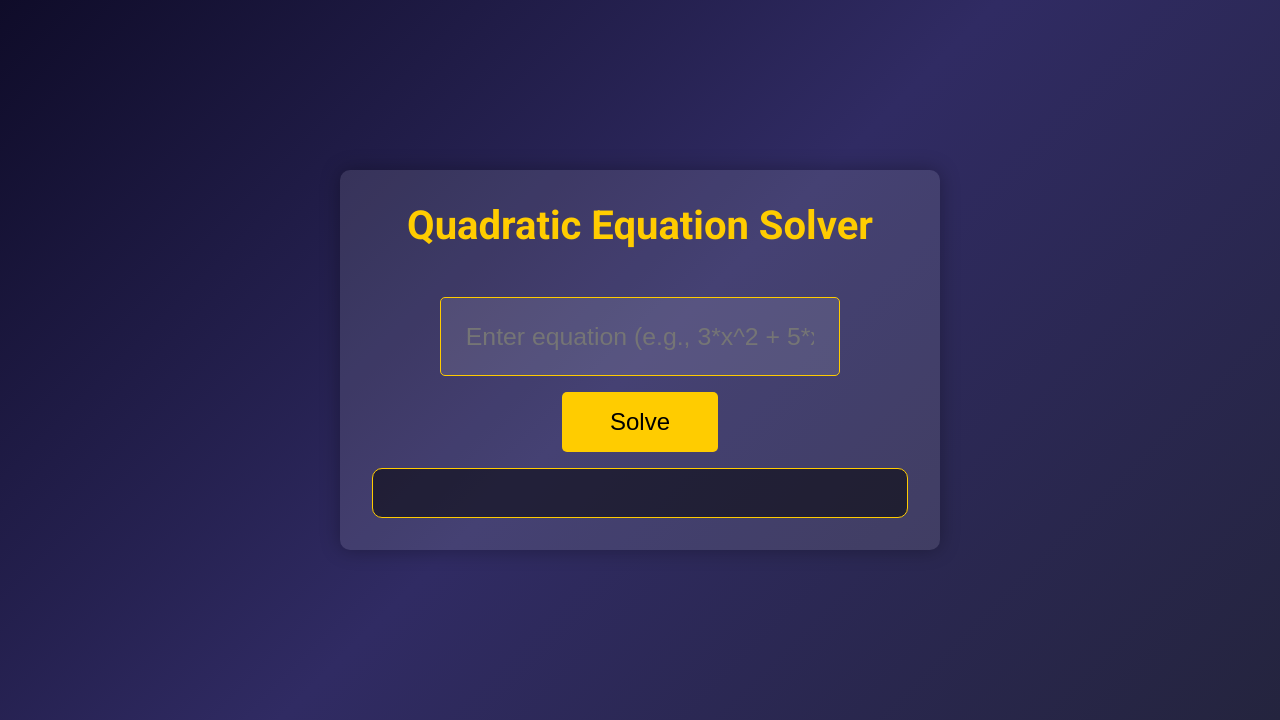
Repository: ngl-ankit/equation-solver
Page: index.html
An editor plug-in stored every save of this project. The page is shown before and after the next save, followed by the edit.
The browser window is 1280 px wide. The pictures show the whole page.

Above is the page before, as saved 2024-07-08 11:19:55.

### index.html
<!DOCTYPE html>
<html lang="en">
  <head>
    <meta charset="UTF-8" />
    <meta name="viewport" content="width=device-width, initial-scale=1.0" />
    <title>Quadratic Equation Solver</title>
    <link rel="stylesheet" href="styles.css" />
  </head>
  <body>
    <div class="container">
      <h1>Quadratic Equation Solver</h1>
      <div class="form-container">
        <form id="equation-form">
          <input
            type="text"
            id="equation-input"
            placeholder="Enter equation (e.g., 3*x^2 + 5*x - 2 = 0)"
            required
          />
          <button type="submit" class="solve-btn">Solve</button>
        </form>
      </div>
      <div id="results" class="results"></div>
    </div>
    <script src="script.js"></script>
  </body>
</html>

### styles.css
@import url("https://fonts.googleapis.com/css2?family=Roboto:wght@400;700&display=swap");

* {
  margin: 0;
  padding: 0;
  box-sizing: border-box;
}

body {
  display: flex;
  justify-content: center;
  align-items: center;
  height: 100vh;
  font-family: "Roboto", sans-serif;
  background: linear-gradient(135deg, #0f0c29, #302b63, #24243e);
  color: #fff;
}

.container {
  max-width: 600px;
  width: 90%;
  background: rgba(255, 255, 255, 0.1);
  padding: 2rem;
  border-radius: 10px;
  box-shadow: 0 0 20px rgba(0, 0, 0, 0.3);
  text-align: center;
}

h1 {
  font-size: 2.5rem;
  margin-bottom: 3rem;
  color: #ffcc00;
}

.form-container {
  margin-bottom: 0.2rem;
}

form {
  display: flex;
  flex-direction: column;
  align-items: center;
}

input[type="text"] {
  width: 100%;
  max-width: 400px;
  padding: 1.55rem;
  border: 1px solid #ffcc00;
  border-radius: 5px;
  background: rgba(255, 255, 255, 0.1);
  color: #fff;
  font-size: 1.55rem;
  margin-bottom: 1rem;
  transition: background-color 0.3s, border-color 0.3s;
}

input[type="text"]:hover,
input[type="text"]:focus {
  background-color: rgba(255, 255, 255, 0.2);
  border-color: #ff9900;
}

button.solve-btn {
  padding: 1rem 3rem;
  border: none;
  background-color: #ffcc00;
  color: #000;
  border-radius: 5px;
  cursor: pointer;
  transition: background-color 0.3s, transform 0.3s;
  font-size: 1.5rem;
  outline: none;
}

button.solve-btn:hover {
  background-color: #ff9900;
  transform: scale(1.08);
}

.results {
  background: rgba(0, 0, 0, 0.5);
  border: 1px solid #ffcc00;
  border-radius: 10px;
  padding: 1.5rem;
  margin-top: 1rem;
  text-align: left;
  animation: fadeIn 0.5s ease-in-out;
}

.results p {
  font-size: 1rem;
  line-height: 1.6;
  margin-bottom: 1rem;
}

.solution-steps {
  margin-top: 1rem;
}

@keyframes fadeIn {
  from {
    opacity: 0;
  }
  to {
    opacity: 1;
  }
}

### script.js
document.getElementById('equation-form').addEventListener('submit', function (event) {
  event.preventDefault();
  const equation = document.getElementById('equation-input').value;
  const result = solveQuadraticEquation(equation);
  displayResults(result);
});

function solveQuadraticEquation(equation) {
  const trimmedEquation = equation.replace(/\s/g, ''); // Remove all whitespace
  const regex = /^([-+]?\d*\.?\d*)\*?x\^2([-+]?\d*\.?\d*)\*?x([-+]?\d*\.?\d*)=?0$/;
  const matches = trimmedEquation.match(regex);

  if (!matches) {
    return { equation, error: 'Invalid equation format' };
  }

  const a = parseFloat(matches[1]) || 1;
  const b = parseFloat(matches[2]) || 0;
  const c = parseFloat(matches[3]) || 0;

  const discriminant = b * b - 4 * a * c;

  let solutions = [];
  let solutionSteps = [];

  solutionSteps.push(`Given equation: ${equation}`);

  solutionSteps.push(`Step 1: Calculate Discriminant (D) = ${b}^2 - 4 * ${a} * ${c}`);
  solutionSteps.push(`D = ${discriminant}`);

  if (discriminant > 0) {
    const x1 = (-b + Math.sqrt(discriminant)) / (2 * a);
    const x2 = (-b - Math.sqrt(discriminant)) / (2 * a);
    solutions = [x1, x2];
    solutionSteps.push(`Step 2: Apply the Quadratic Formula:`);
    solutionSteps.push(`x1 = (-${b} + √${discriminant}) / (2 * ${a}) = ${x1}`);
    solutionSteps.push(`x2 = (-${b} - √${discriminant}) / (2 * ${a}) = ${x2}`);
  } else if (discriminant === 0) {
    const x = -b / (2 * a);
    solutions = [x];
    solutionSteps.push(`Step 2: Apply the Quadratic Formula:`);
    solutionSteps.push(`x = -${b} / (2 * ${a}) = ${x}`);
  } else {
    solutionSteps.push(`Step 2: Since D < 0, no real solutions exist.`);
  }

  return {
    equation,
    solutions,
    discriminant,
    solutionSteps
  };
}

function displayResults(result) {
  const resultsDiv = document.getElementById('results');
  resultsDiv.innerHTML = `
    <h2>Results:</h2>
    <div class="solution-steps">
      ${result.solutionSteps.map(step => `<p>${step}</p>`).join('')}
    </div>
    <p><strong>Discriminant:</strong> ${result.discriminant}</p>
    ${result.solutions.length > 0 ? `
    <p><strong>Solutions:</strong> ${result.solutions.join(', ')}</p>` : ''}
  `;
}

After the next save:
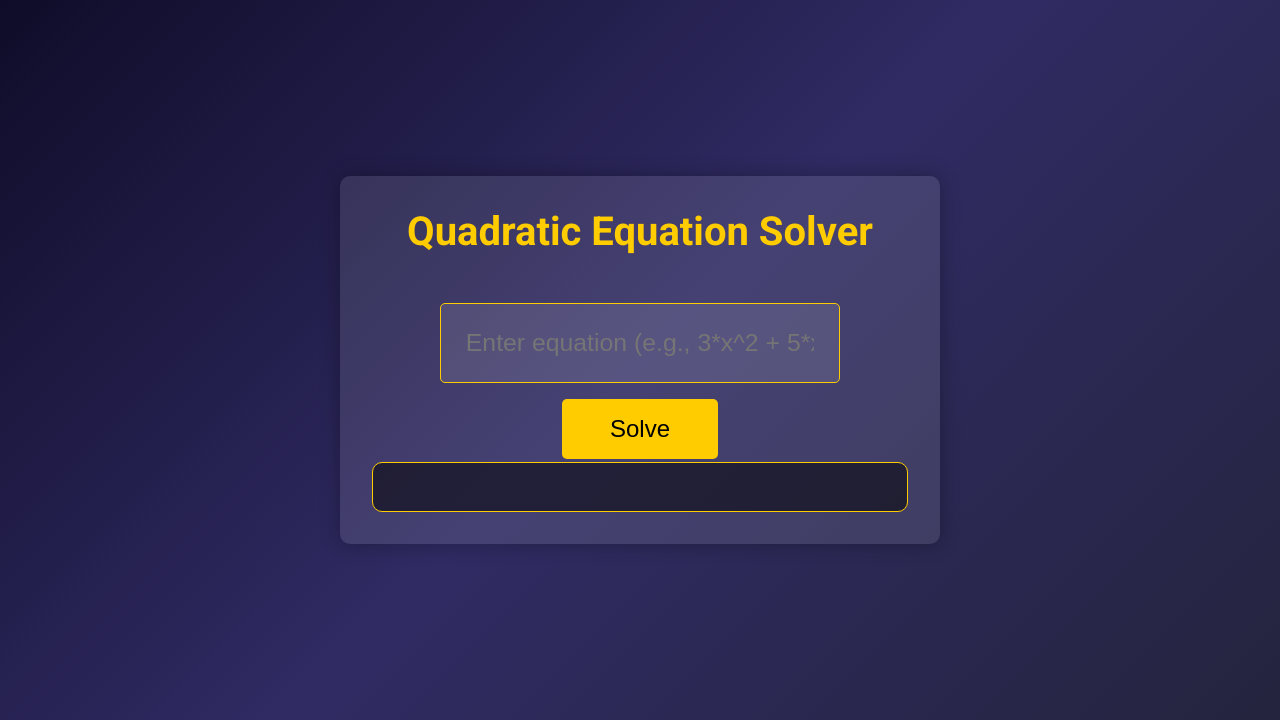
Saved 19 min 30 s later.
--- a/styles.css
+++ b/styles.css
@@ -83,7 +83,7 @@ button.solve-btn:hover {
   border: 1px solid #ffcc00;
   border-radius: 10px;
   padding: 1.5rem;
-  margin-top: 1rem;
+  margin-top: 1 rem;
   text-align: left;
   animation: fadeIn 0.5s ease-in-out;
 }
